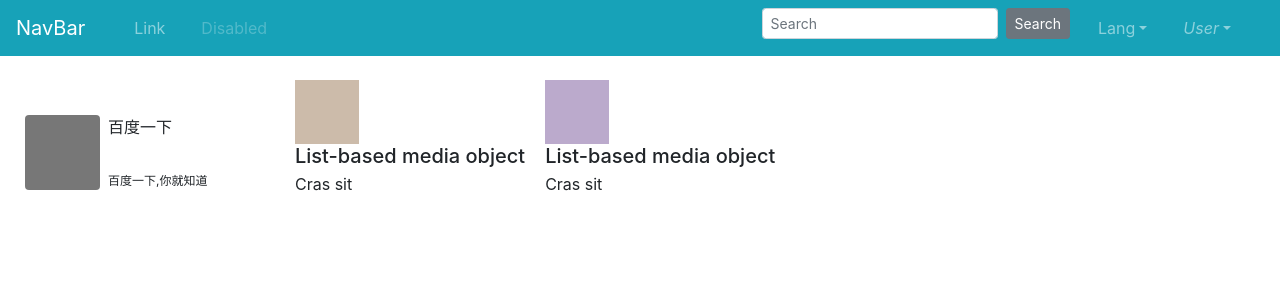
Repository: Funnyrz/vue-nav
Page: /
An editor plug-in stored every save of this project. The page is shown before and after the next save, followed by the edit.
The browser window is 1280 px wide. The pictures show the whole page.
The project was rebuilt for these pictures with package versions that can differ from the ones it lists, and the page was loaded fresh each time.

Above is the page before, as saved 2020-08-26 12:11:41.

After the next save:
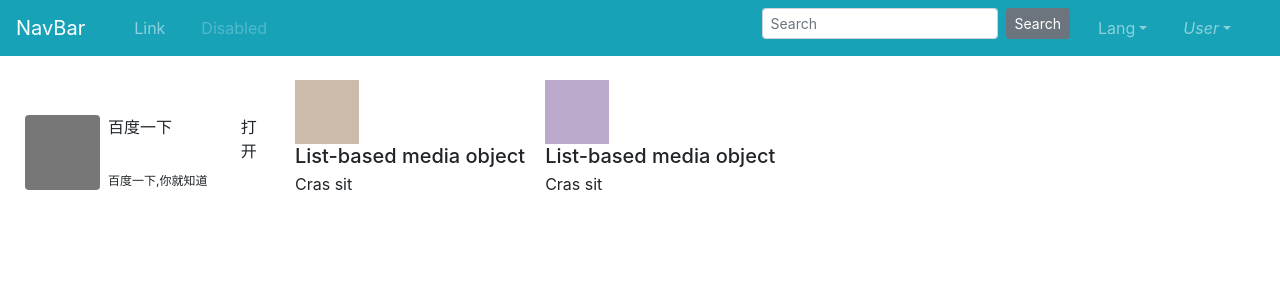
Saved 58 s later.
--- a/src/components/HelloWorld.vue
+++ b/src/components/HelloWorld.vue
@@ -51,7 +51,9 @@
                   百度一下,你就知道
                 </div>
                 </div>
-
+               <div>
+                 打开
+               </div>
               </template>
             </b-media>
 
